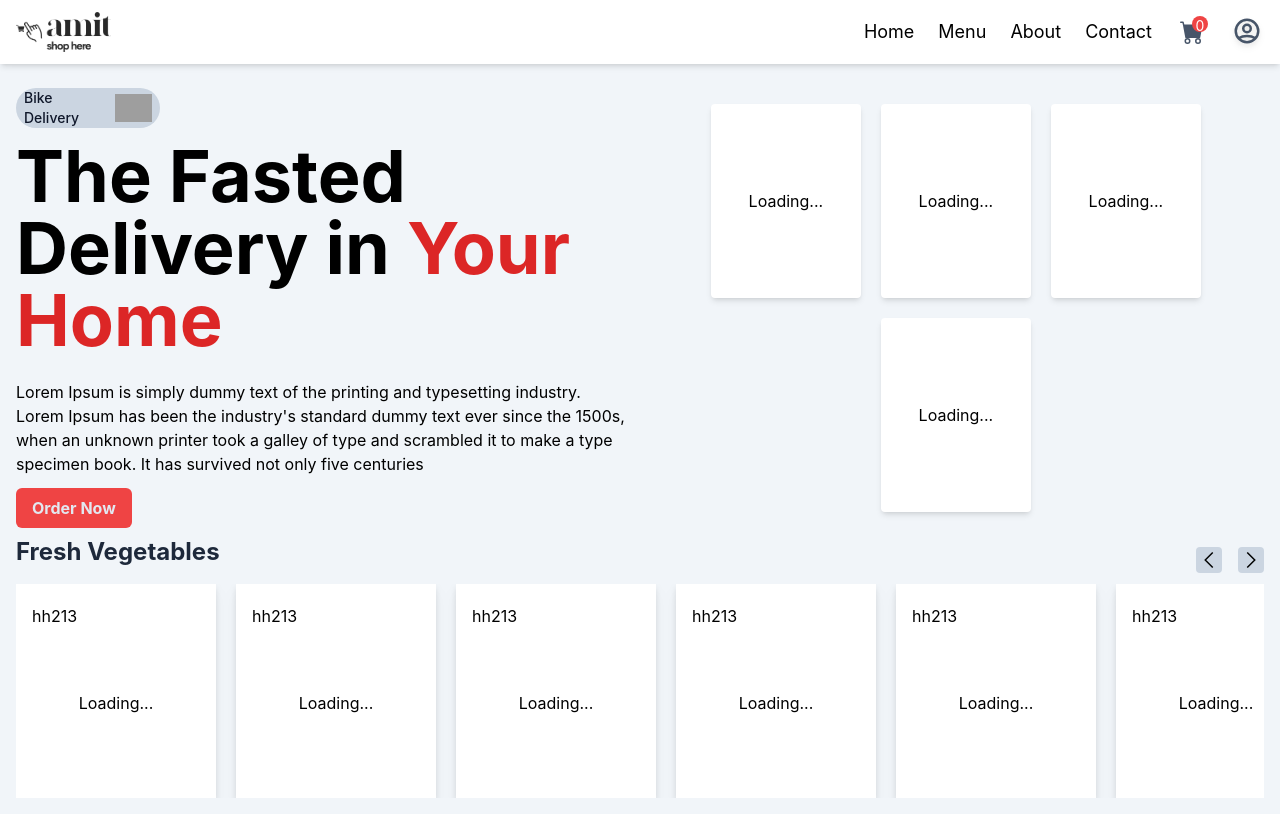
Repository: Lehuyhuynh/Web_ban_hoa_qua
Page: / (app in frontend/)
These files come from the project's save history. The page is drawn as it stood at one moment and after the next save; the edit follows.
The browser window is 1280 px wide. The pictures show the whole page.
Pictures or frames that could not be fetched are drawn as grey boxes. The page's requests for data from a server got no answer. The project was rebuilt for these pictures with package versions that can differ from the ones it lists, and the page was loaded fresh each time. No one was signed in, and anything a server would have sent is missing. Also part of the build but not shown: frontend/src/page/Menu.js, frontend/src/page/About.js, frontend/src/page/Contact.js, frontend/src/page/login.js, frontend/src/utility/ImagetoBase64.js, frontend/src/page/Newproduct.js, frontend/src/page/Signup.js.

Above is the page before, as saved 2024-01-06 09:06:44.

### frontend/src/index.js
import React from "react";
import ReactDOM from "react-dom/client";
import "./index.css";
import App from "./App";
import reportWebVitals from "./reportWebVitals";
import {
  createBrowserRouter,
  createRoutesFromElements,
  Route,
  RouterProvider,
} from "react-router-dom";

import Home from "./page/Home";
import Menu from "./page/Menu";
import About from "./page/About";
import Contact from "./page/Contact";
import Login from "./page/login";
import NewProduct from "./page/Newproduct";
import Signup from "./page/Signup";
import { store } from "./redux/index";
import { Provider } from "react-redux";

const router = createBrowserRouter(
  createRoutesFromElements(
    <Route path="/" element={<App />}>
      <Route index element={<Home />} />
      <Route path="menu" element={<Menu />} />
      <Route path="about" element={<About />} />
      <Route path="contact" element={<Contact />} />
      <Route path="login" element={<Login />} />
      <Route path="newproduct" element={<NewProduct />} />
      <Route path="signup" element={<Signup />} />
    </Route>
  )
);

const root = ReactDOM.createRoot(document.getElementById("root"));
root.render(
  <Provider store={store}>
    <RouterProvider router={router} />
  </Provider>
);

// If you want to start measuring performance in your app, pass a function
// to log results (for example: reportWebVitals(console.log))
// or send to an analytics endpoint. Learn more: https://bit.ly/CRA-vitals
reportWebVitals();

### frontend/src/App.js
import Header from "./component/Header";
import { Outlet } from "react-router-dom";
import toast, { Toaster } from "react-hot-toast";
import { useEffect } from "react";
import { useDispatch, useSelector } from "react-redux";
import { setDataProduct } from "./redux/productSlide";

function App() {
  const dispatch = useDispatch();
  const productData = useSelector((state) => state.product);

  useEffect(() => {
    (async () => {
      const res = await fetch(`${process.env.REACT_APP_SERVER_DOMIN}/product`);
      const resData = await res.json();
      console.log(1, resData);
      dispatch(setDataProduct(resData));
    })();
  }, []);

  return (
    <>
      <Toaster />
      <div>
        <Header />
        <main className="pt-16 bg-slate-100 min-h-[calc(100vh)]">
          <Outlet />
        </main>
      </div>
    </>
  );
}

export default App;

### frontend/src/page/Home.js
import React, { useEffect, useRef, useState } from "react";
import { useSelector } from "react-redux";
import CardFeature from "../component/CardFeature";
import HomeCard from "../component/HomeCard";
import { GrPrevious, GrNext } from "react-icons/gr";
// import FilterProduct from "../component/FilterProduct";
// import AllProduct from "../component/AllProduct";

const Home = () => {
  const productData = useSelector((state) => state.product.productList);
  console.log(productData);
  const homeProductCartList = productData.slice(1, 5);
  const homeProductCartListVegetables = productData.filter(
    (el) => el.category === "vegetable",
    []
  );
  const loadingArray = new Array(4).fill(null);
  const slideProductRef = useRef();
  const loadingArrayFeature = new Array(10).fill(null);

  const nextProduct = () => {};
  const preveProduct = () => {};

  return (
    <div className="p-2 md:p-4">
      <div className="md:flex gap-4 py-2">
        <div className="md:w-1/2">
          <div className="flex gap-3 bg-slate-300 w-36 px-2 items-center rounded-full">
            <p className="text-sm font-medium text-slate-900">Bike Delivery</p>
            <img
              src="https://cdn-icons-png.flaticon.com/512/2972/2972185.png"
              className="h-7"
            />
          </div>
          <h2 className="text-4xl md:text-7xl font-bold py-3">
            The Fasted Delivery in{" "}
            <span className="text-red-600 text-">Your Home</span>
          </h2>
          <p className="py-3 text-base ">
            Lorem Ipsum is simply dummy text of the printing and typesetting
            industry. Lorem Ipsum has been the industry's standard dummy text
            ever since the 1500s, when an unknown printer took a galley of type
            and scrambled it to make a type specimen book. It has survived not
            only five centuries
          </p>
          <button className="font-bold bg-red-500 text-slate-200 px-4 py-2 rounded-md">
            Order Now
          </button>
        </div>

        <div className="md:w-1/2 flex flex-wrap gap-5 p-4 justify-center">
          {homeProductCartList[0]
            ? homeProductCartList.map((el) => {
                return (
                  <HomeCard
                    key={el._id}
                    id={el._id}
                    image={el.image}
                    name={el.name}
                    price={el.price}
                    category={el.category}
                  />
                );
              })
            : loadingArray.map((el, index) => {
                return (
                  <HomeCard key={index + "loading"} loading={"Loading..."} />
                );
              })}
        </div>
      </div>

      <div className="">
        <div className="flex w-full items-center">
          <h2 className="font-bold text-2xl text-slate-800 mb-4">
            Fresh Vegetables
          </h2>
          <div className="ml-auto flex gap-4">
            <button
              onClick={preveProduct}
              className="bg-slate-300 hover:bg-slate-400 text-lg  p-1 rounded"
            >
              <GrPrevious />
            </button>
            <button
              onClick={nextProduct}
              className="bg-slate-300 hover:bg-slate-400 text-lg p-1 rounded "
            >
              <GrNext />
            </button>
          </div>
        </div>
        <div
          className="flex gap-5 overflow-scroll scrollbar-none scroll-smooth transition-all"
          ref={slideProductRef}
        >
          {homeProductCartListVegetables[0]
            ? homeProductCartListVegetables.map((el) => {
                return (
                  <CardFeature
                    key={el._id + "vegetable"}
                    id={el._id}
                    name={el.name}
                    category={el.category}
                    price={el.price}
                    image={el.image}
                  />
                );
              })
            : loadingArrayFeature.map((el, index) => (
                <CardFeature loading="Loading..." key={index + "cartLoading"} />
              ))}
        </div>
      </div>
    </div>
  );
};

export default Home;

### frontend/src/redux/index.js
import { configureStore } from "@reduxjs/toolkit";
import userSliceReducer from "./userSlice";
import productSlideReducer from "./productSlide";

export const store = configureStore({
  reducer: {
    user: userSliceReducer,
    product: productSlideReducer,
  },
});

### frontend/src/component/Header.js
import logo from "../assest/logo .png";
import { Link } from "react-router-dom";
import { HiOutlineUserCircle } from "react-icons/hi";
import { BsCartFill } from "react-icons/bs";
import { useState } from "react";
import { useSelector } from "react-redux";
import { useDispatch } from "react-redux";
import { toast } from "react-hot-toast";
import { logoutRedux } from "../redux/userSlice";

function Header() {
  const dispatch = useDispatch();
  const [showMenu, setShowMenu] = useState(false);
  const userData = useSelector((state) => state.user);
  console.log(userData.email);
  const handleShowMenu = () => {
    setShowMenu((preve) => !preve);
  };

  const handleLogout = () => {
    dispatch(logoutRedux());
    toast("Logout successfully");
  };
  console.log(process.env.REACT_APP_ADMIN_EMAIL);
  return (
    <header className="fixed shadow-md w-full h-16 px-2 md:px-4 z-50 bg-white">
      {/* desktop */}

      <div className="flex items-center h-full justify-between">
        <Link to={""}>
          <div className="h-10">
            <img src={logo} className="h-full" />
          </div>
        </Link>

        <div className="flex items-center gap-4 md:gap-7">
          <nav className="gap-4 md:gap-6 text-base md:text-lg hidden md:flex">
            <Link to={""}> Home</Link>
            <Link to={"menu"}> Menu</Link>
            <Link to={"about"}> About</Link>
            <Link to={"contact"}>Contact</Link>
          </nav>

          <div className="text-2xl text-slate-600 relative">
            <BsCartFill />
            <div className="absolute -top-1 -right-1 text-white bg-red-500 h-4 w-4 rounded-full m-0 p-0 text-sm text-center">
              0
            </div>
          </div>
          <div className=" text-slate-600" onClick={handleShowMenu}>
            <div className="text-3xl cursor-pointer w-8 h-8 rounded-full overflow-hidden drop-shadow-md">
              {userData.image ? (
                <img src={userData.image} className="h-full w-full" />
              ) : (
                <HiOutlineUserCircle />
              )}
            </div>

            {showMenu && (
              <div className="absolute right-2 bg-white py-2  shadow drop-shadow-md flex flex-col min-w-[120px] text-center">
                {userData.email === process.env.REACT_APP_ADMIN_EMAIL && (
                  <Link
                    to={"newproduct"}
                    className="whitespace-nowrap cursor-pointer px-2"
                  >
                    New product
                  </Link>
                )}

                {userData.image ? (
                  <p
                    className="cursor-pointer text-white px-2 bg-red-500"
                    onClick={handleLogout}
                  >
                    Logout ({userData.firstName}){" "}
                  </p>
                ) : (
                  <Link
                    to={"login"}
                    className="whitespace-nowrap cursor-pointer px-2"
                  >
                    Login
                  </Link>
                )}
              </div>
            )}
          </div>
        </div>
      </div>
    </header>
  );
}
export default Header;

### frontend/src/redux/productSlide.js
import { createSlice } from "@reduxjs/toolkit";
import { toast } from "react-hot-toast";

const initialState = {
  productList: [],
  cartItem: [],
};

export const productSlice = createSlice({
  name: "product",
  initialState,
  reducers: {
    setDataProduct: (state, action) => {
      console.log(action);
      state.productList = [...action.payload];
    },
    // addCartItem: (state, action) => {
    //   const check = state.cartItem.some((el) => el._id === action.payload._id);
    //   if (check) {
    //     toast("Already Item in Cart");
    //   } else {
    //     toast("Item Add successfully");
    //     const total = action.payload.price;
    //     state.cartItem = [
    //       ...state.cartItem,
    //       { ...action.payload, qty: 1, total: total },
    //     ];
    //   }
    // },
    // deleteCartItem: (state, action) => {
    //   toast("one Item Delete");
    //   const index = state.cartItem.findIndex((el) => el._id === action.payload);
    //   state.cartItem.splice(index, 1);
    //   console.log(index);
    // },
    // increaseQty: (state, action) => {
    //   const index = state.cartItem.findIndex((el) => el._id === action.payload);
    //   let qty = state.cartItem[index].qty;
    //   const qtyInc = ++qty;
    //   state.cartItem[index].qty = qtyInc;

    //   const price = state.cartItem[index].price;
    //   const total = price * qtyInc;

    //   state.cartItem[index].total = total;
    // },
    // decreaseQty: (state, action) => {
    //   const index = state.cartItem.findIndex((el) => el._id === action.payload);
    //   let qty = state.cartItem[index].qty;
    //   if (qty > 1) {
    //     const qtyDec = ++qty;
    //     state.cartItem[index].qty = qtyDec;

    //     const price = state.cartItem[index].price;
    //     const total = price * qtyDec;

    //     state.cartItem[index].total = total;
    //   }
    // },
  },
});

export const {
  setDataProduct,
  // addCartItem,
  // deleteCartItem,
  // increaseQty,
  // decreaseQty,
} = productSlice.actions;

export default productSlice.reducer;

### frontend/src/component/CardFeature.js
import React from "react";
import { useDispatch } from "react-redux";
import { Link } from "react-router-dom";
// import { addCartItem, increaseQty } from "../redux/productSlide";

const CardFeature = ({ image, name, price, category, loading, id }) => {
  const dispatch = useDispatch();

  // const handleAddCartProduct = (e) => {
  //   dispatch(
  //     addCartItem({
  //       _id: id,
  //       name: name,
  //       price: price,
  //       category: category,
  //       image: image,
  //     })
  //   );
  // };

  return (
    <div className="w-full min-w-[200px] max-w-[200px] bg-white hover:shadow-lg drop-shadow-lg py-5 px-4 cursor-pointer flex flex-col ">
      {" "}
      hh213
      {image ? (
        <>
          <Link
            to={`/menu/${id}`}
            onClick={() => window.scrollTo({ top: "0", behavior: "smooth" })}
          >
            <div className="h-28 flex flex-col justify-center items-center">
              <img src={image} className="h-full" />
            </div>
            <h3 className="font-semibold text-slate-600  capitalize text-lg mt-4 whitespace-nowrap overflow-hidden">
              {name}
            </h3>
            <p className=" text-slate-500  font-medium">{category}</p>
            <p className=" font-bold">
              <span className="text-red-500">₹</span>
              <span>{price}</span>
            </p>
          </Link>
          <button
            className="bg-yellow-500 py-1 mt-2 rounded hover:bg-yellow-600 w-full"
            onClick={handleAddCartProduct}
          >
            Add Cart
          </button>
        </>
      ) : (
        <div className="min-h-[150px] flex justify-center items-center">
          <p>{loading}</p>
        </div>
      )}
    </div>
  );
};

export default CardFeature;

### frontend/src/component/HomeCard.js
import React from "react";
import { Link } from "react-router-dom";

const HomeCard = ({ name, image, category, price, loading, id }) => {
  return (
    <div className="bg-white shadow-md p-2 rounded min-w-[150px]">
      {name ? (
        <>
          <Link
            to={`/menu/${id}`}
            onClick={() => window.scrollTo({ top: "0", behavior: "smooth" })}
          >
            <div className="w-40 min-h-[150px]">
              <img src={image} className="h-full w-full" />
            </div>
            <h3 className="font-semibold text-slate-600 text-center capitalize text-lg">
              {name}
            </h3>
            <p className="text-center text-slate-500  font-medium">
              {category}
            </p>
            <p className="text-center font-bold">
              {/* <span className="text-red-500">đ</span> */}
              <span>{price}</span>
              <span className="text-red-500">đ</span>
            </p>
          </Link>
        </>
      ) : (
        <div className="flex justify-center items-center h-full">
          <p>{loading}</p>
        </div>
      )}
    </div>
  );
};

export default HomeCard;

### frontend/src/redux/userSlice.js
import { createSlice } from "@reduxjs/toolkit";

const initialState = {
  email: "",
  firstName: "",
  image: "",
  lastName: "",
  _id: "",
};

export const userSlice = createSlice({
  name: "user",
  initialState,
  reducers: {
    loginRedux: (state, action) => {
      console.log(action.payload.data);
      console.log(action);
      // state.user = action.payload.data;
      state._id = action.payload.data._id;
      state.firstName = action.payload.data.firstName;
      state.lastName = action.payload.data.lastName;
      state.email = action.payload.data.email;
      state.image = action.payload.data.image;
    },
    logoutRedux: (state, action) => {
      state._id = "";
      state.firstName = "";
      state.lastName = "";
      state.email = "";
      state.image = "";
    },
  },
});

export const { loginRedux, logoutRedux } = userSlice.actions;

export default userSlice.reducer;

Loaded but not shown: frontend/public/index.html (common file); frontend/src/index.css (common file); frontend/src/reportWebVitals.js (common file); frontend/tailwind.config.js (common file)

After the next save:
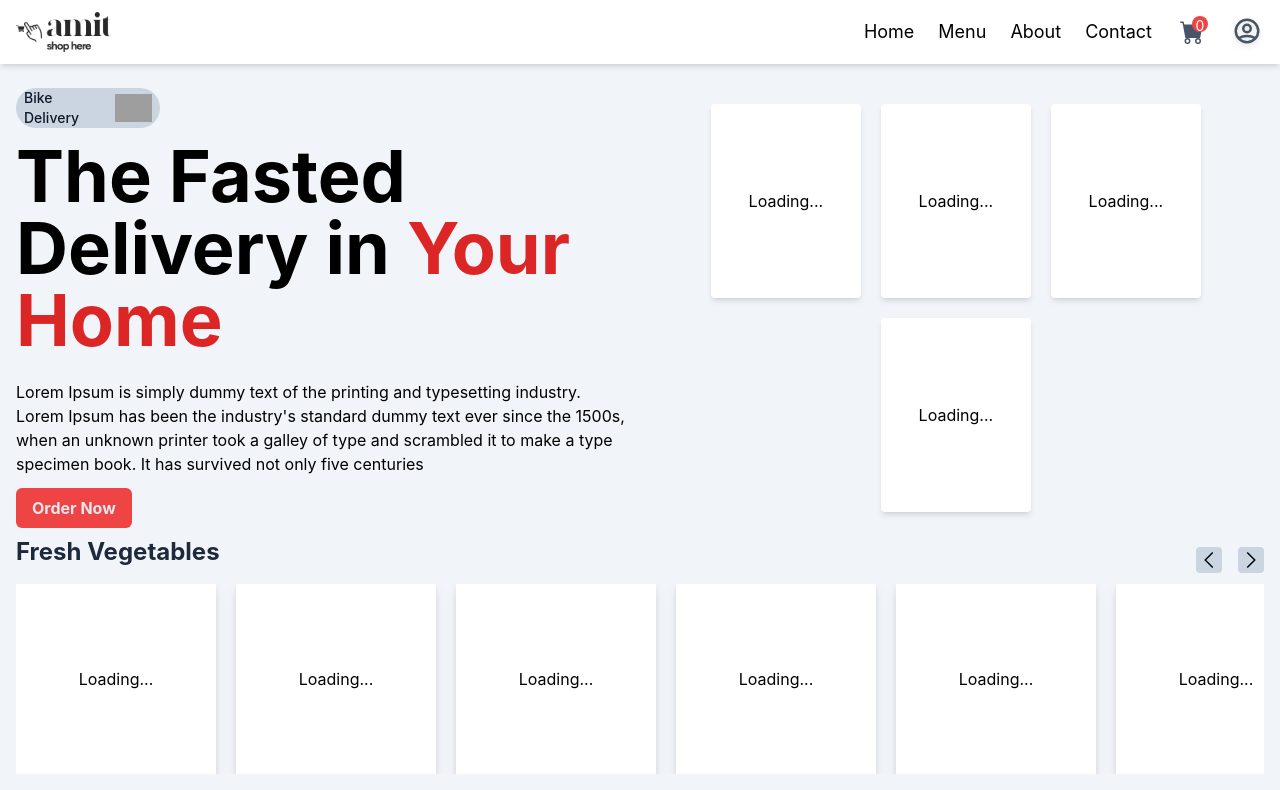
Saved 22 s later.
--- a/frontend/src/component/CardFeature.js
+++ b/frontend/src/component/CardFeature.js
@@ -21,7 +21,6 @@ const CardFeature = ({ image, name, price, category, loading, id }) => {
   return (
     <div className="w-full min-w-[200px] max-w-[200px] bg-white hover:shadow-lg drop-shadow-lg py-5 px-4 cursor-pointer flex flex-col ">
       {" "}
-      hh213
       {image ? (
         <>
           <Link
@@ -36,7 +35,7 @@ const CardFeature = ({ image, name, price, category, loading, id }) => {
             </h3>
             <p className=" text-slate-500  font-medium">{category}</p>
             <p className=" font-bold">
-              <span className="text-red-500">₹</span>
+              <span className="text-red-500">đ</span>
               <span>{price}</span>
             </p>
           </Link>
